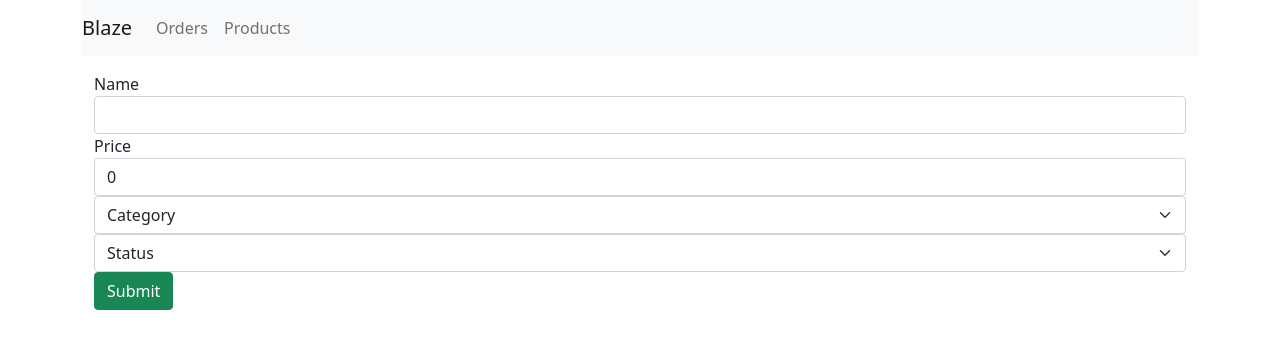
Repository: Isamae/Fractal
Page: /products/product (app in frond/)
The author's editor kept a copy of each file at every save. The page is drawn from the files as they stood at one save, then again after the next save.
The browser window is 1280 px wide. The pictures show the whole page.
The project was rebuilt for these pictures with package versions that can differ from the ones it lists, and the page was loaded fresh each time. Also part of the build but not shown: frond/src/App.css, frond/src/components/ProductComponent.js, frond/src/components/OrderComponent.js.

Above is the page before, as saved 2021-09-16 16:58:39.

After the next save:
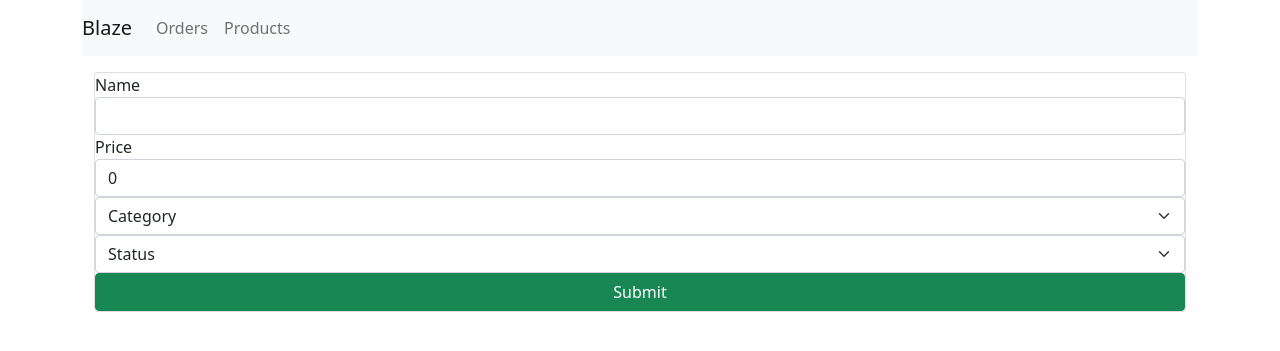
Saved 3 min 51 s later.
--- a/frond/src/components/AddProductComponent.js
+++ b/frond/src/components/AddProductComponent.js
@@ -95,63 +95,66 @@
             </div>
             ) : (
             <div>
-                <div className="form-group">
-                    <label htmlFor="name">Name</label>
-                    <input
-                        type="text"
-                        className="form-control"
-                        id="name"
-                        required
-                        value={this.state.name}
-                        onChange={this.onChangeName}
-                        name="name"
-                    />
+                <div class="card">
+                    <div className="form-group">
+                        <label htmlFor="name">Name</label>
+                        <input
+                            type="text"
+                            className="form-control"
+                            id="name"
+                            required
+                            value={this.state.name}
+                            onChange={this.onChangeName}
+                            name="name"
+                        />
+                    </div>
+
+                    <div className="form-group">
+                        <label htmlFor="price">Price</label>
+                        <input
+                            type="number"
+                            className="form-control"
+                            id="price"
+                            required
+                            value={this.state.price}
+                            onChange={this.onChangePrice}
+                            name="price"
+                        />
+                    </div>
+
+                    <div className="form-group">
+                        <select class="form-select"
+                            id="category"
+                            required
+                            value={this.state.product_category}
+                            onChange={this.onChangeCategory}
+                            name="category">
+                            <option selected>Category</option>
+                            <option value="Cookies">Cookies</option>
+                            <option value="Candies">Candies</option>
+                            <option value="Cakes">Cakes</option>
+                            <option value="Desserts">Desserts</option>
+                            <option value="Drinks">Drinks</option>
+                        </select>
+                    </div>
+
+                    <div className="form-group">
+                        <select class="form-select"
+                            id="active"
+                            required
+                            value={this.state.active}
+                            onChange={this.onChangeStatus}
+                            name="active">
+                            <option selected>Status</option>
+                            <option value="Cookies">Active</option>
+                            <option value="Candies">Inactive</option>
+                        </select>
+                    </div>
+
+                    <button onClick={this.saveProduct} className="btn btn-success">
+                        Submit
+                    </button>
                 </div>
-
-                <div className="form-group">
-                    <label htmlFor="price">Price</label>
-                    <input
-                        type="number"
-                        className="form-control"
-                        id="price"
-                        required
-                        value={this.state.price}
-                        onChange={this.onChangePrice}
-                        name="price"
-                    />
-                </div>
-                <div className="form-group">
-                    <select class="form-select"
-                        id="category"
-                        required
-                        value={this.state.product_category}
-                        onChange={this.onChangeCategory}
-                        name="category">
-                        <option selected>Category</option>
-                        <option value="Cookies">Cookies</option>
-                        <option value="Candies">Candies</option>
-                        <option value="Cakes">Cakes</option>
-                        <option value="Desserts">Desserts</option>
-                        <option value="Drinks">Drinks</option>
-                    </select>
-                </div>
-
-                <div className="form-group">
-                    <select class="form-select"
-                        id="active"
-                        required
-                        value={this.state.active}
-                        onChange={this.onChangeStatus}
-                        name="active">
-                        <option selected>Status</option>
-                        <option value="Cookies">Active</option>
-                        <option value="Candies">Inactive</option>
-                    </select>
-                </div>
-
-                <button onClick={this.saveProduct} className="btn btn-success">
-                    Submit
-                </button>
             </div>
             )}
         </div>

After the save that followed:
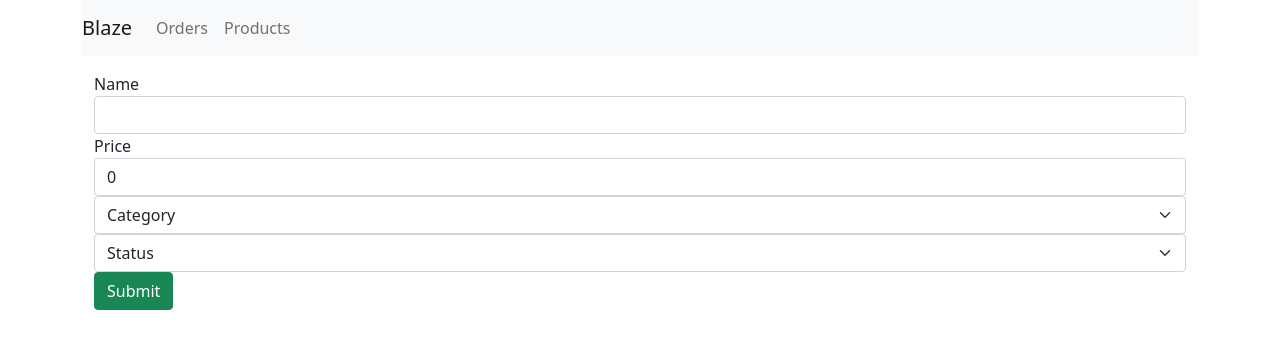
Saved 27 s later.
--- a/frond/src/components/AddProductComponent.js
+++ b/frond/src/components/AddProductComponent.js
@@ -95,66 +95,64 @@
             </div>
             ) : (
             <div>
-                <div class="card">
-                    <div className="form-group">
-                        <label htmlFor="name">Name</label>
-                        <input
-                            type="text"
-                            className="form-control"
-                            id="name"
-                            required
-                            value={this.state.name}
-                            onChange={this.onChangeName}
-                            name="name"
-                        />
-                    </div>
+                <div className="form-group">
+                    <label htmlFor="name">Name</label>
+                    <input
+                        type="text"
+                        className="form-control"
+                        id="name"
+                        required
+                        value={this.state.name}
+                        onChange={this.onChangeName}
+                        name="name"
+                    />
+                </div>
 
-                    <div className="form-group">
-                        <label htmlFor="price">Price</label>
-                        <input
-                            type="number"
-                            className="form-control"
-                            id="price"
-                            required
-                            value={this.state.price}
-                            onChange={this.onChangePrice}
-                            name="price"
-                        />
-                    </div>
+                <div className="form-group">
+                    <label htmlFor="price">Price</label>
+                    <input
+                        type="number"
+                        className="form-control"
+                        id="price"
+                        required
+                        value={this.state.price}
+                        onChange={this.onChangePrice}
+                        name="price"
+                    />
+                </div>
 
-                    <div className="form-group">
-                        <select class="form-select"
-                            id="category"
-                            required
-                            value={this.state.product_category}
-                            onChange={this.onChangeCategory}
-                            name="category">
-                            <option selected>Category</option>
-                            <option value="Cookies">Cookies</option>
-                            <option value="Candies">Candies</option>
-                            <option value="Cakes">Cakes</option>
-                            <option value="Desserts">Desserts</option>
-                            <option value="Drinks">Drinks</option>
-                        </select>
-                    </div>
+                <div className="form-group">
+                    <select class="form-select"
+                        id="category"
+                        required
+                        value={this.state.product_category}
+                        onChange={this.onChangeCategory}
+                        name="category">
+                        <option selected>Category</option>
+                        <option value="Cookies">Cookies</option>
+                        <option value="Candies">Candies</option>
+                        <option value="Cakes">Cakes</option>
+                        <option value="Desserts">Desserts</option>
+                        <option value="Drinks">Drinks</option>
+                    </select>
+                </div>
 
-                    <div className="form-group">
-                        <select class="form-select"
-                            id="active"
-                            required
-                            value={this.state.active}
-                            onChange={this.onChangeStatus}
-                            name="active">
-                            <option selected>Status</option>
-                            <option value="Cookies">Active</option>
-                            <option value="Candies">Inactive</option>
-                        </select>
-                    </div>
+                <div className="form-group">
+                    <select class="form-select"
+                        id="active"
+                        required
+                        value={this.state.active}
+                        onChange={this.onChangeStatus}
+                        name="active">
+                        <option selected>Status</option>
+                        <option value="Cookies">Active</option>
+                        <option value="Candies">Inactive</option>
+                    </select>
+                </div>
 
-                    <button onClick={this.saveProduct} className="btn btn-success">
-                        Submit
-                    </button>
-                </div>
+                <button onClick={this.saveProduct} className="btn btn-success">
+                    Submit
+                </button>
             </div>
             )}
         </div>
